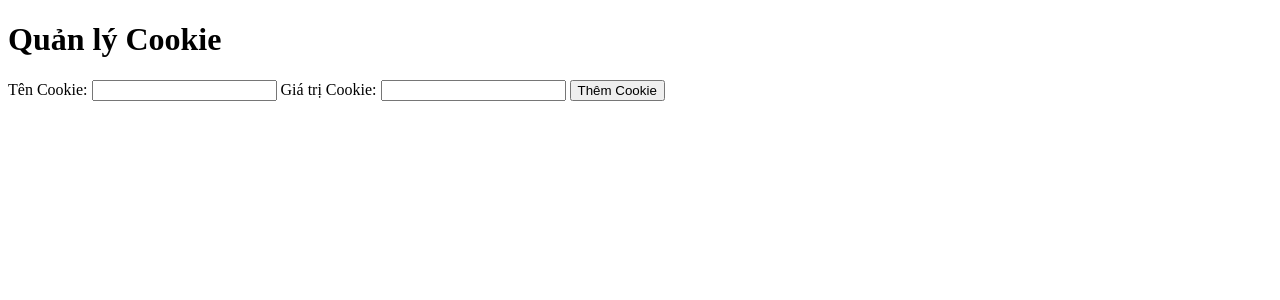
Repository: 3KAER/lab03_phan2
Page: lab04/phan1_bai2/index.html
These files come from the project's save history. The page is drawn as it stood at one moment and after the next save; the edit follows.
The browser window is 1280 px wide. The pictures show the whole page.

Above is the page before, as saved 2024-04-22 03:21:09.
Not found: lab04/phan1_bai2/cookies.js

### lab04/phan1_bai2/index.html
<!DOCTYPE html>
<html lang="en">
<head>
<meta charset="UTF-8">
<meta name="viewport" content="width=device-width, initial-scale=1.0">
<title>Quản lý Cookie</title>
</head>
<body>
<h1>Quản lý Cookie</h1>
<div id="cookie-list"></div>
<form id="cookie-form">
    <label for="name">Tên Cookie:</label>
    <input type="text" id="name" name="name" required>
    <label for="value">Giá trị Cookie:</label>
    <input type="text" id="value" name="value" required>
    <button type="submit">Thêm Cookie</button>
</form>
<script src="cookies.js"></script>
</body>
</html>

### lab04/phan1_bai2/script.js
document.addEventListener('DOMContentLoaded', function() {
    displayCookies();

    const form = document.getElementById('cookie-form');
    form.addEventListener('submit', function(event) {
        event.preventDefault();
        const name = form.name.value;
        const value = form.value.value;
        setCookie(name, value);
        displayCookies();
        form.reset();
    });

    const cookieList = document.getElementById('cookie-list');
    cookieList.addEventListener('click', function(event) {
        if (event.target.classList.contains('delete')) {
            const name = event.target.dataset.name;
            deleteCookie(name);
            displayCookies();
        }
    });
});

function setCookie(name, value) {
    document.cookie = `${encodeURIComponent(name)}=${encodeURIComponent(value)}; path=/`;
}

function deleteCookie(name) {
    document.cookie = `${encodeURIComponent(name)}=; expires=Thu, 01 Jan 1970 00:00:00 UTC; path=/;`;
}

function displayCookies() {
    const cookies = document.cookie.split(';').map(cookie => cookie.trim());
    const cookieList = document.getElementById('cookie-list');
    cookieList.innerHTML = '<h2>Danh sách Cookie:</h2>';
    if (cookies[0] === '') {
        cookieList.innerHTML += '<p>Không có cookie nào.</p>';
    } else {
        cookies.forEach(cookie => {
            const [name, value] = cookie.split('=');
            cookieList.innerHTML += `
                <div>
                    <strong>${decodeURIComponent(name)}</strong>: ${decodeURIComponent(value)}
                    <button class="delete" data-name="${decodeURIComponent(name)}">Xóa</button>
                </div>
            `;
        });
    }
}

After the next save:
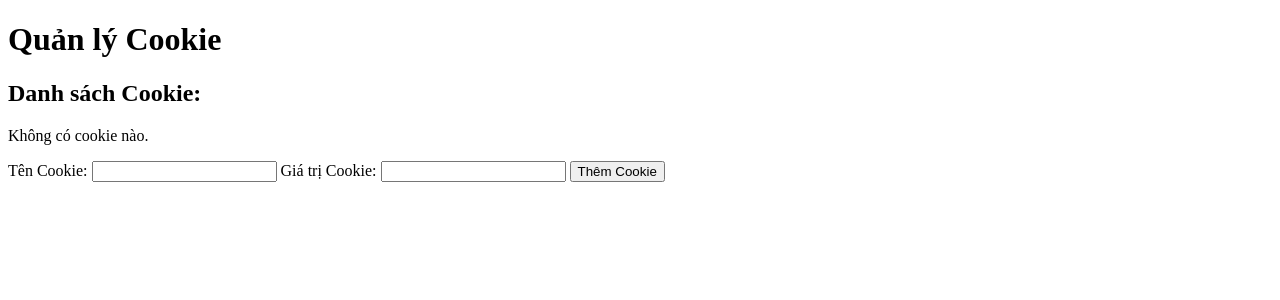
Saved 38 s later.
--- a/lab04/phan1_bai2/index.html
+++ b/lab04/phan1_bai2/index.html
@@ -15,6 +15,6 @@
     <input type="text" id="value" name="value" required>
     <button type="submit">Thêm Cookie</button>
 </form>
-<script src="cookies.js"></script>
+<script src="script.js"></script>
 </body>
 </html>
